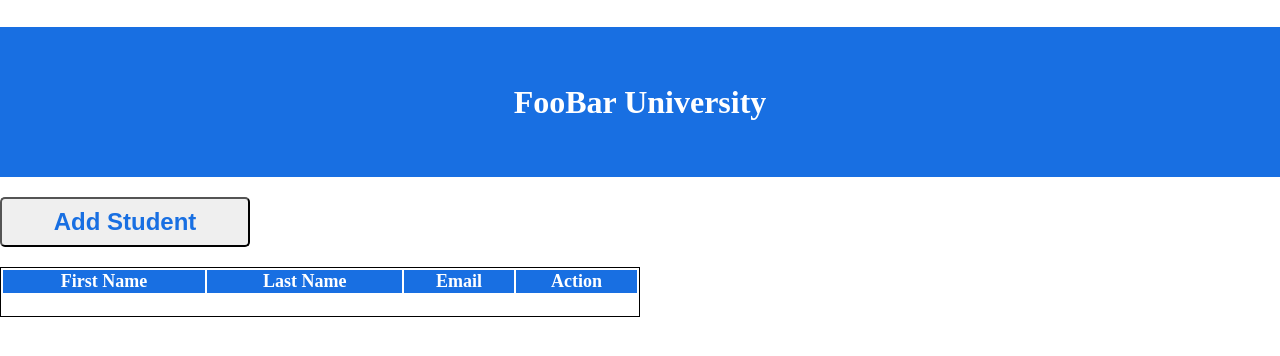
Repository: theslayer2964/Ahihihaha
Page: http://localhost/web_student_tracker/StudentControllerServlet
These files come from the project's save history. The page is drawn as it stood at one moment and after the next save; the edit follows.
The browser window is 1280 px wide. The pictures show the whole page.
The page is served by Tomcat 9. Queries for data that is not in the repository find no rows.

Above is the page before, as saved 2022-03-04 10:06:52.

After the next save:
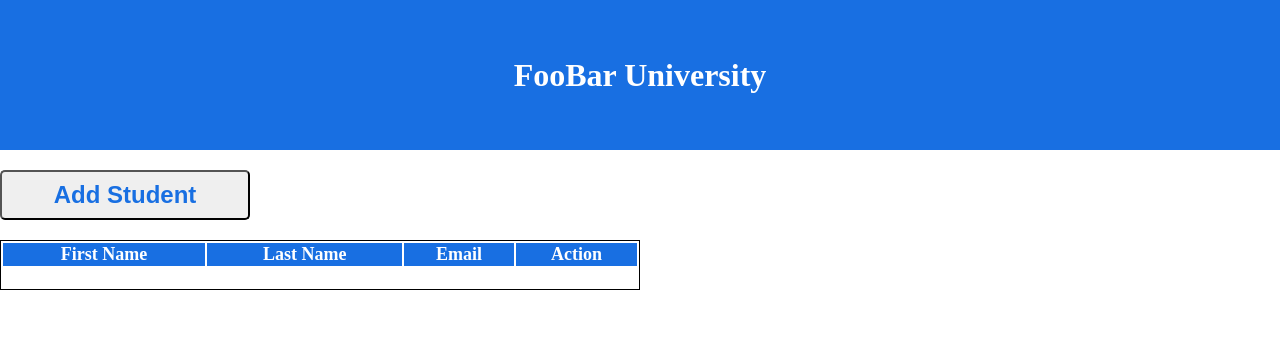
Saved 2 min 54 s later.
--- a/web_student_tracker/src/main/webapp/list_student.jsp
+++ b/web_student_tracker/src/main/webapp/list_student.jsp
@@ -63,7 +63,7 @@ td a {
 <body>
 	<div id="wrapper">
 		<div id="header">
-			<h2>FooBar University</h2>
+			<h2 style="margin-top: 0px">FooBar University</h2>
 		</div>
 	</div>
 	<div class="container">
